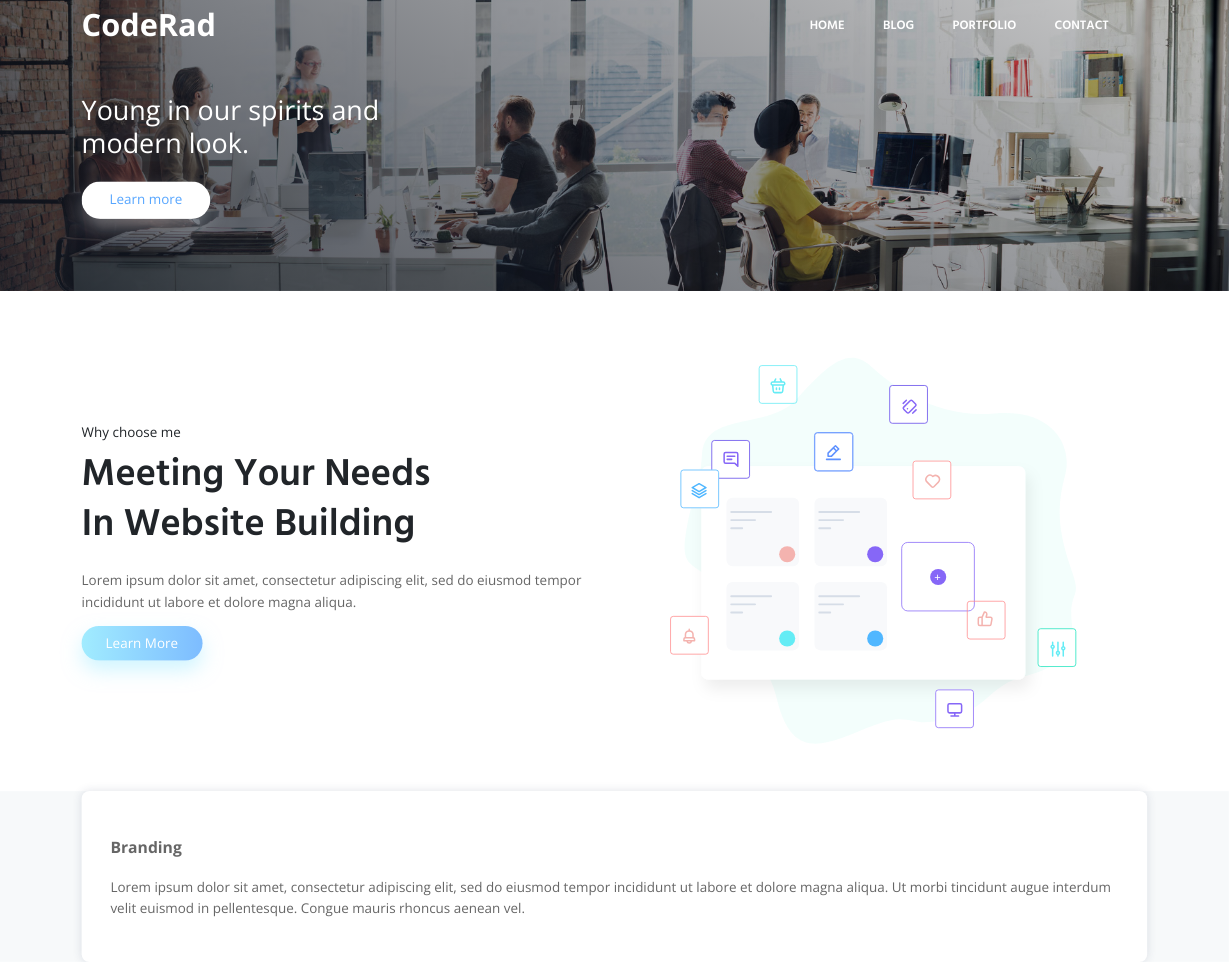
Repository: Sc-Juju/CodeRad
Page: index.html
An editor plug-in stored every save of this project. The page is shown before and after the next save, followed by the edit.
The browser window is 1280 px wide. The pictures show the whole page, at 96% of full size.

Above is the page before, as saved 2022-11-10 10:19:56.

### index.html
<!DOCTYPE html>
<html>
	<head>
		<meta charset="utf-8" />
		<meta http-equiv="X-UA-Compatible" content="IE=edge" />
		<title>CodeRad</title>
		<meta name="description" content="" />
		<meta name="viewport" content="width=device-width, initial-scale=1" />

		<link
			href="https://fonts.googleapis.com/css2?family=Open+Sans:wght@300;400;600;700&display=swap"
			rel="stylesheet"
		/>
		<link
			href="https://fonts.googleapis.com/css2?family=Hind:wght@300;400;500;600;700&display=swap"
			rel="stylesheet"
		/>

		<link rel="stylesheet" href="./css/default.css" />
		<link rel="stylesheet" href="./css/styles.css" />
		<link rel="stylesheet" href="./css/responsive.css" />
	</head>
	<body>
		<nav class="navbar nav">
			<div class="container">
				<button
					class="navbar-toggler"
					aria-expanded="false"
					aria-controls="navbarDropdown"
				>
					<span>&#9776;</span>
				</button>
				<a class="navbar-brand" href="index.html">CodeRad</a>
				<ul class="navbar-nav">
					<li class="nav-link">
						<a href="#">Home</a>
					</li>

					<li class="nav-link">
						<a href="#">Blog</a>
					</li>
					<li class="nav-link">
						<a href="#">Portfolio</a>
					</li>
					<li class="nav-link">
						<a href="#">Contact</a>
					</li>
				</ul>
			</div>
		</nav>

		<header class="bg-header">
			<div class="container">
				<div class="hero-wrapper">
					<h2 class="hero-header">
						Young in our spirits and <br />
						modern look.
					</h2>
					<a class="btn btn-white" href="#">Learn more</a>
				</div>
			</div>
		</header>
		<!--Why me-->
		<section>
			<div class="container why-me-wrapper">
				<div class="block-text">
					<span>Why choose me</span>
					<h2>
						Meeting Your Needs <br />
						In Website Building
					</h2>
					<p>
						Lorem ipsum dolor sit amet, consectetur adipiscing elit,
						sed do eiusmod tempor incididunt ut labore et dolore
						magna aliqua.
					</p>
					<a href="" class="btn btn-primary">Learn More</a>
				</div>
				<div>
					<img src="./CodeRad-assets/image2.svg" alt="Icon Chart" />
				</div>
			</div>
		</section>
		<!--Services-->
		<section class="bg-contrast">
			<div class="container">
				<div class="service-card">
					<span></span>
					<div>
						<h3>Branding</h3>
						<p>
							Lorem ipsum dolor sit amet, consectetur adipiscing
							elit, sed do eiusmod tempor incididunt ut labore et
							dolore magna aliqua. Ut morbi tincidunt augue
							interdum velit euismod in pellentesque. Congue
							mauris rhoncus aenean vel.
						</p>
					</div>
				</div>
			</div>
		</section>
	</body>
</html>

### css/default.css
:root{
    --white:#fff;
    --black: #000;
    --font-color-base:#666;
    --font-color-dark:#212529;
    --font-color-light:#b0aebe;
    --font-color-link:#57a6ff;
    --footer:#34314b;
    --footer-base:2e2b45;
    --contrast:rgba(246, 248, 249, 0.8);
    --success: #64ecf5;
    --danger:#ff8b8d;
    --grad-1:#a1ecff;
    --grad-2:#7dbcff;


    --size-10:0.625rem;
    --size-14:0.875rem;
    --size-16:1rem;
    --size-18:1.125rem;
    --size-20:1.25rem;
    --size-30:1.875rem;
    --size-40:2.5rem;
    --size-50:3.125rem;
    --size-100:6.25rem;
    --size-150:9.375rem;
}
body{
    font-family:"Open Sans", sans-serif;
    font-weight: 400;
    font-size:0.875rem;
    line-height: 1.6;
    letter-spacing: 0;
    color: var(--font-color-base);
    margin:0;
    padding:0;
}
*,
::after,
::before{
    box-sizing: border-box;
}
ul{
    padding:0;
    margin:0;
    list-style: none;
}
a {text-decoration: none;}
p {margin-top:0;}
h2{
    font-size:1.75rem;
    font-weight:500;
    line-height:1.2;
}
img {
    width:100%;
    max-width:100%;
    vertical-align:middle;
    border-style: none;
}
.container{
    width: 100%;
    padding-left:15px;
    padding-right:15px;
    margin-right:auto;
    margin-left:auto;
}

.btn{
    display: inline-block;
    font-weight: 400;
    color: var(--font-color-dark);
    text-align: center;
    cursor: pointer;
    user-select: none;
    background-color: transparent;
    border: 1px solid transparent;
    padding: .375rem .75rem;
    border-radius:1.25rem;
    transition: ease-in-out .3s;
}
.btn-primary{
    background-image: linear-gradient(90deg, var(--grad-1)0%, var(--grad-2)100%);
    border: 1px var(--grad-1);
    box-shadow: 0 10px 20px rgba(161, 236, 255, .5);
    transition: ease-in-out .3s;
    color: var(--white);
    padding: .4375rem 1.5625rem;
}

.btn-white{
    background-color: var(--white);
    color: var(--font-color-link);
    box-shadow: 0px 10px 20px rgba(255, 255, 255, .35);
    padding: .475rem 1.75rem;
}

@media (min-width:1200px){
    .container{ max-width: 1140px; }
}

### css/styles.css
.navbar{
    position: fixed;
    top: 0;
    right: 0;
    left: 0;
    z-index: 200;
    transition: ease-in-out .3s;
}
[aria-controls="navbarDropdown"]{
    display:none;
}
.navbar-nav{
    display: flex;
    align-items: center;
}
.navbar .container{
    display: flex;
    align-items: center;
}
.navbar-brand{
    margin-right:auto;
    font-size: 2rem;
    font-weight: 700;
    width: 100%;
    transition: ease-in-out .3s;
    color: var(--white);

}
.bg-header{
    background-image: url(../CodeRad-assets/bg-header-1.jpg);
    background-color: var(--footer);
    background-repeat: no-repeat;
    background-size: cover;
    background-position:50% 20%;
    position: relative;
    z-index: 1;
    padding: 4.6875rem 0;
}
.bg-header::before{
    background-image: linear-gradient(30deg,
    rgba(21,27,38, .8)0%,
    rgba(0,0,0,.2)100%);
    position: absolute;
    content:"";
    top: 0;
    left: 0;
    right: 0;
    bottom: 0;
    width: 100%;
    height: 100%;
    z-index: -1;
}
.nav-link a{
    color: var(--white);
    font-size: .8125rem;
    font-weight: 600;
    font-family: "Hind", sans-serif;
    text-transform: uppercase;
    margin-right: 2.5rem;
    line-height: 1.25rem;
}
.hero-header{
    color: var(--white);
}
.why-me-wrapper{
    display: flex;
    align-items: center;
}
.why-me-wrapper div{
    flex: 1;
}
.block-text{
    padding-right: var(--size-50);
}
.block-text span{
    color: var(--font-color-dark);
    font-weight: 300;
}
.block-text h2{
    font-size: var(--size-40);
    font-family: "Hind", sans-serif;
    font-weight: 600;
    color: var(--font-color-dark);
    margin-bottom: var(--size-20);
    line-height: 1.3;
    margin-top: 0.5rem;
}
.bg-contrast{
    background-color: var(--contrast);
}
.service-card{
    padding: var(--size-30);
    box-shadow: 0 0 10px rgba(48, 63, 100, .15);
    background: white;
    border-radius: 8px;
}

Loaded but not shown: css/responsive.css (no copy from this time; the picture is the same without it)

After the next save:
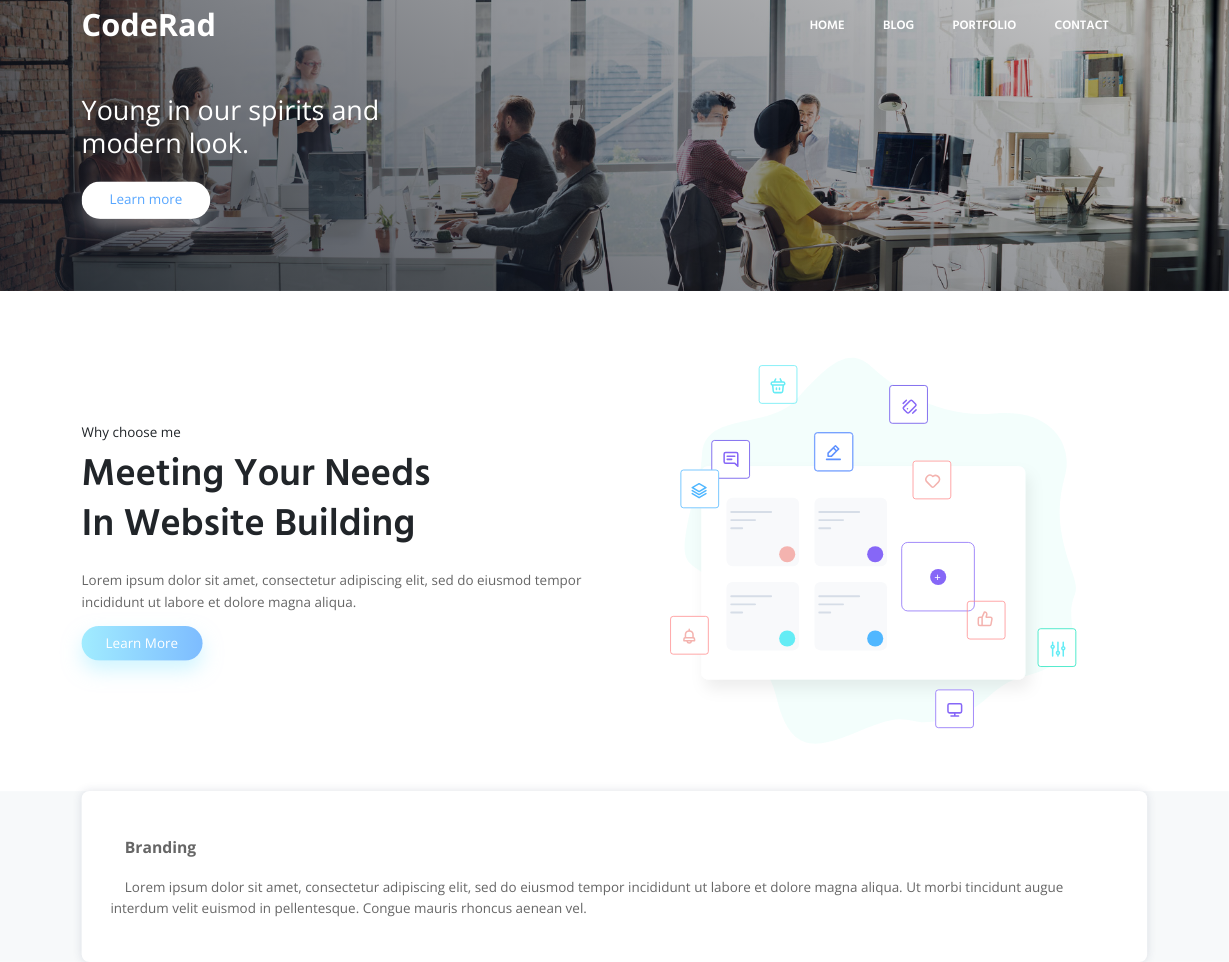
Saved 33 min 32 s later.
--- a/css/styles.css
+++ b/css/styles.css
@@ -94,3 +94,13 @@
     background: white;
     border-radius: 8px;
 }
+.service-card span{
+    width:4.37;
+    height: 70px;
+    background: green;
+    display: block;
+    float: left;
+    margin-right: 15px;
+    border-radius: 50%;
+    background: var(--font-color-light);
+}
